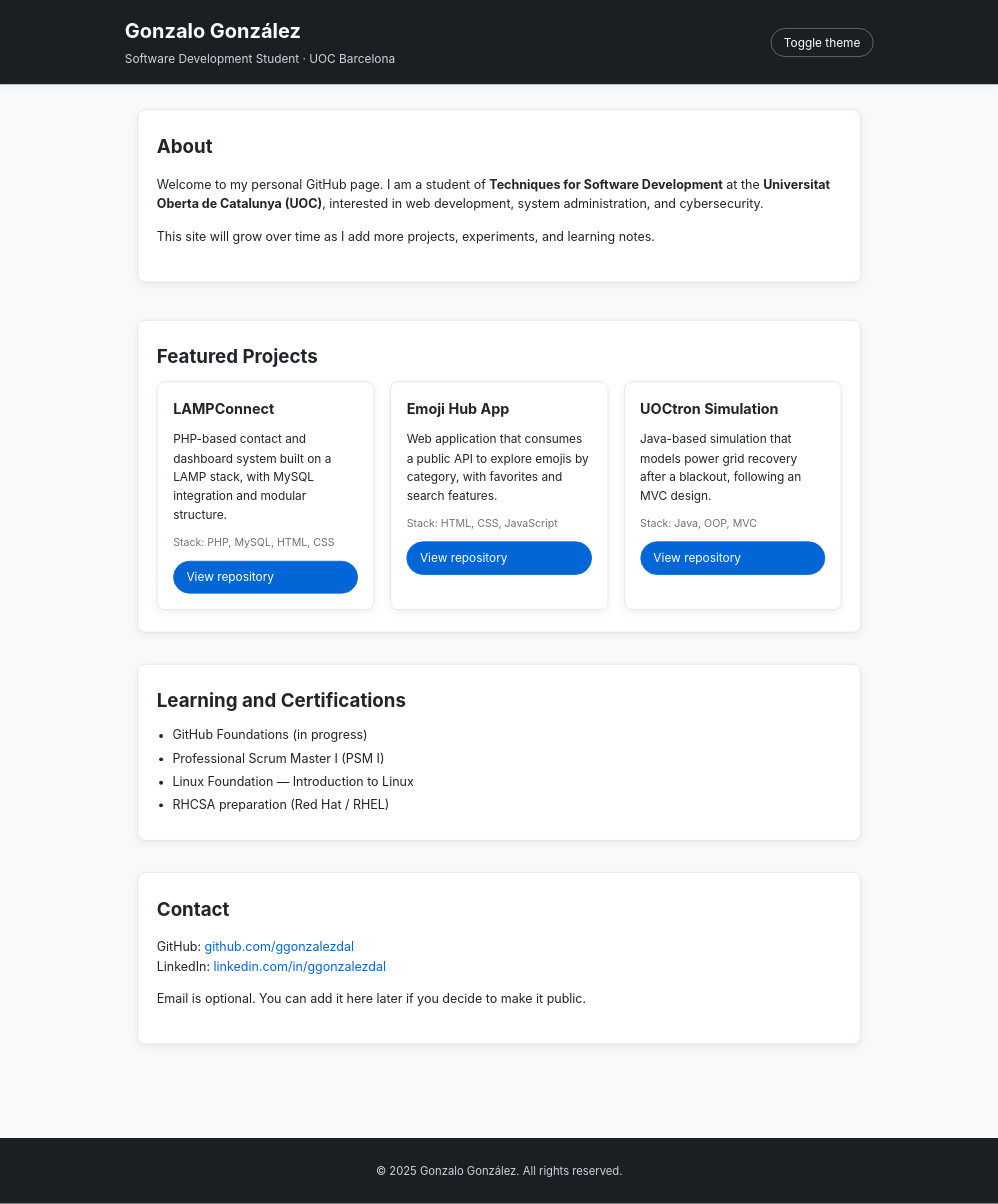
Repository: ggonzalezdal/ggonzalezdal.github.io
Page: index.html
An editor plug-in stored every save of this project. The page is shown before and after the next save, followed by the edit.
The browser window is 1280 px wide. The pictures show the whole page, at 78% of full size.

Above is the page before, as saved 2025-11-09 19:31:58.

After the next save:
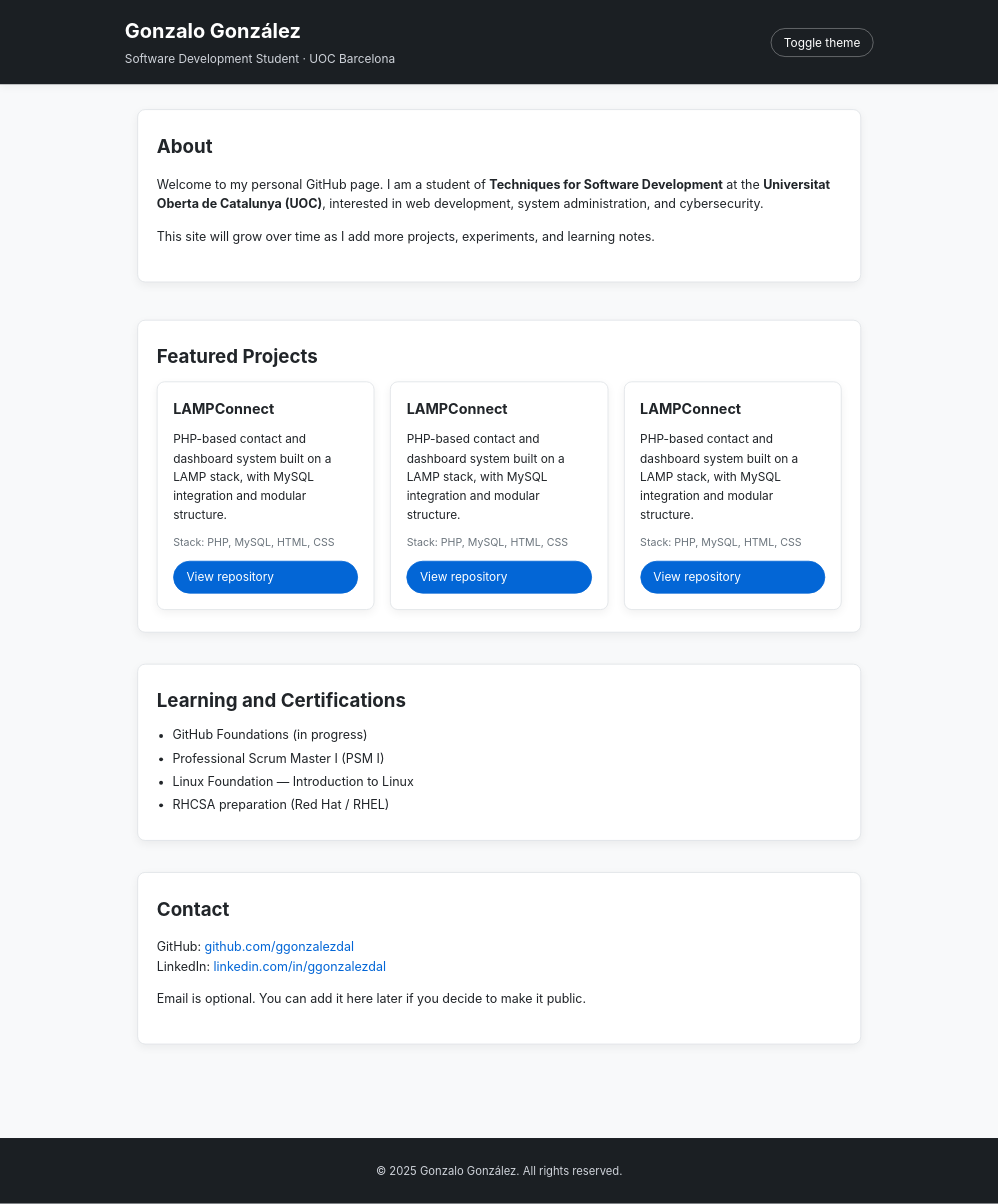
Saved 3 min 37 s later.
--- a/index.html
+++ b/index.html
@@ -63,7 +63,7 @@
               </p>
               <p class="card-meta">Stack: PHP, MySQL, HTML, CSS</p>
               <a
-                href="https://github.com/ggonzalezdal/LAMPConnect"
+                href="https://github.com/ggonzalezdal"
                 class="btn btn-primary"
                 target="_blank"
                 rel="noreferrer"
@@ -73,12 +73,12 @@
             </article>
 
             <article class="card">
-              <h3 class="card-title">Emoji Hub App</h3>
+              <h3 class="card-title">LAMPConnect</h3>
               <p class="card-body">
-                Web application that consumes a public API to explore emojis by
-                category, with favorites and search features.
+                PHP-based contact and dashboard system built on a LAMP stack,
+                with MySQL integration and modular structure.
               </p>
-              <p class="card-meta">Stack: HTML, CSS, JavaScript</p>
+              <p class="card-meta">Stack: PHP, MySQL, HTML, CSS</p>
               <a
                 href="https://github.com/ggonzalezdal"
                 class="btn btn-primary"
@@ -90,12 +90,12 @@
             </article>
 
             <article class="card">
-              <h3 class="card-title">UOCtron Simulation</h3>
+              <h3 class="card-title">LAMPConnect</h3>
               <p class="card-body">
-                Java-based simulation that models power grid recovery after a
-                blackout, following an MVC design.
+                PHP-based contact and dashboard system built on a LAMP stack,
+                with MySQL integration and modular structure.
               </p>
-              <p class="card-meta">Stack: Java, OOP, MVC</p>
+              <p class="card-meta">Stack: PHP, MySQL, HTML, CSS</p>
               <a
                 href="https://github.com/ggonzalezdal"
                 class="btn btn-primary"
